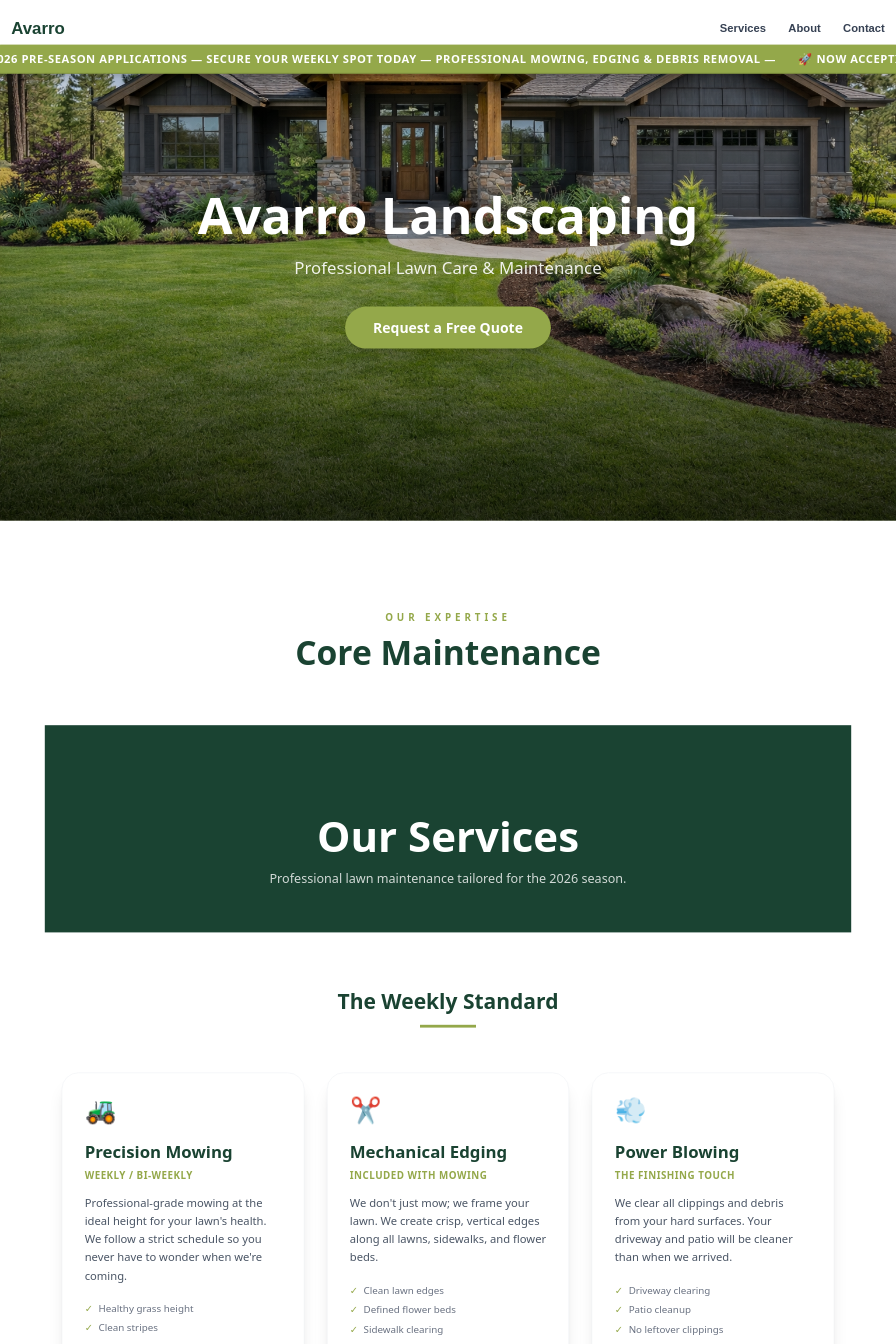
Repository: KalebMalone/Avarro
Page: /
These files come from the project's save history. The page is drawn as it stood at one moment and after the next save; the edit follows.
The browser window is 1280 px wide. The pictures show the part of the page from y = 0 to 1920 px (the page is 3253 px tall), at 70% of full size.
The project was rebuilt for these pictures with package versions that can differ from the ones it lists, and the page was loaded fresh each time. Also part of the build but not shown: vite.config.js, src/pages/About.jsx, src/pages/ServicesPage.jsx, src/pages/Contact.jsx.

Above is the page before, as saved 2026-01-28 16:58:41.

After the next save:
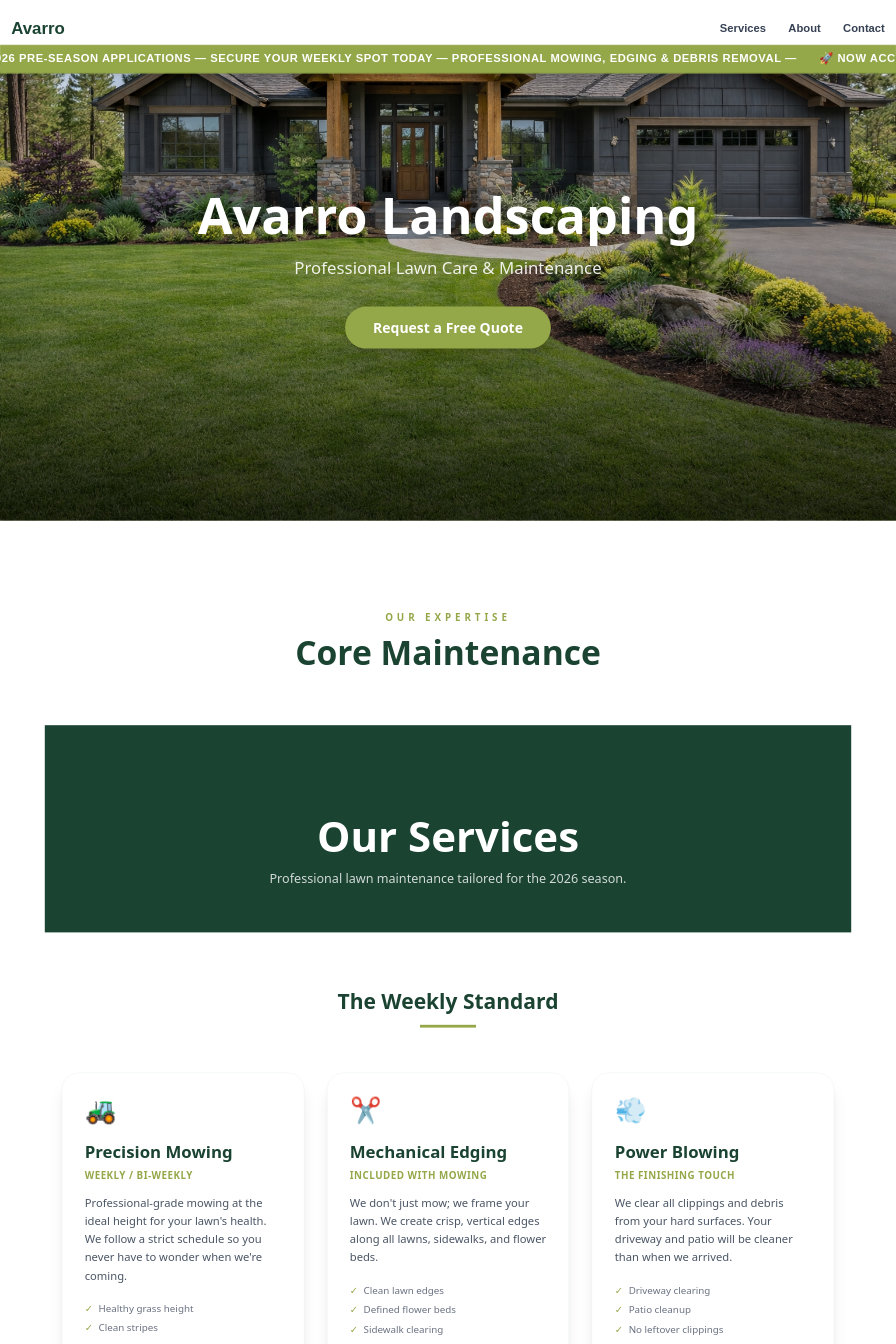
Saved 20 s later.
--- a/src/pages/Home.jsx
+++ b/src/pages/Home.jsx
@@ -1,31 +1,15 @@
 import Hero from "../components/Hero";
 import Services from "../components/Services";
-import { Link } from "react-router-dom";
 
 export default function Home() {
     return (
         <div className="bg-white font-sans selection:bg-[#94a84a] selection:text-white">
-            {/* FIXED INFINITE BANNER */}
-            <div className="fixed top-[64px] left-0 w-full z-[999] bg-[#94a84a] text-white py-2 shadow-xl marquee-container border-b border-black/10">
-                <div className="animate-marquee-custom">
-                    <span className="text-sm md:text-base font-bold px-4 tracking-wider">
-                        🚀 NOW ACCEPTING 2026 PRE-SEASON APPLICATIONS — SECURE YOUR WEEKLY SPOT TODAY — PROFESSIONAL MOWING, EDGING & DEBRIS REMOVAL —
-                    </span>
-                    <span className="text-sm md:text-base font-bold px-4 tracking-wider">
-                        🚀 NOW ACCEPTING 2026 PRE-SEASON APPLICATIONS — SECURE YOUR WEEKLY SPOT TODAY — PROFESSIONAL MOWING, EDGING & DEBRIS REMOVAL —
-                    </span>
-                    <span className="text-sm md:text-base font-bold px-4 tracking-wider">
-                        🚀 NOW ACCEPTING 2026 PRE-SEASON APPLICATIONS — SECURE YOUR WEEKLY SPOT TODAY — PROFESSIONAL MOWING, EDGING & DEBRIS REMOVAL —
-                    </span>
-                </div>
-            </div>
 
-            {/* Spacer to push content below the fixed Navbar + Banner */}
+            {/* Spacer remains here (and should be added to other pages) */}
             <div className="h-[104px]"></div>
 
             <Hero />
 
-            {/* Core Services Section */}
             <section className="relative py-32 px-6 bg-white">
                 <div className="relative max-w-6xl mx-auto">
                     <div className="text-center mb-20">
@@ -36,14 +20,13 @@
                 </div>
             </section>
 
-            {/* Small Footer/Trust Section */}
             <section className="py-16 bg-white border-t border-gray-50">
                 <div className="max-w-6xl mx-auto px-6 flex flex-col md:flex-row justify-between items-center opacity-40 grayscale">
                     <span className="font-bold tracking-[0.2em] text-[#1a4332]">LICENSED & INSURED</span>
                     <span className="font-bold tracking-[0.2em] text-[#1a4332] hidden md:block">●</span>
                     <span className="font-bold tracking-[0.2em] text-[#1a4332]">2026 PRE-SEASON BOOKING</span>
                     <span className="font-bold tracking-[0.2em] text-[#1a4332] hidden md:block">●</span>
-                    <span className="font-bold tracking-[0.2em] text-[#1a4332]">EST. 2026</span>
+                    <span className="font-bold tracking-[0.2em] text-[#1a4332]">EST. 2024</span>
                 </div>
             </section>
         </div>
